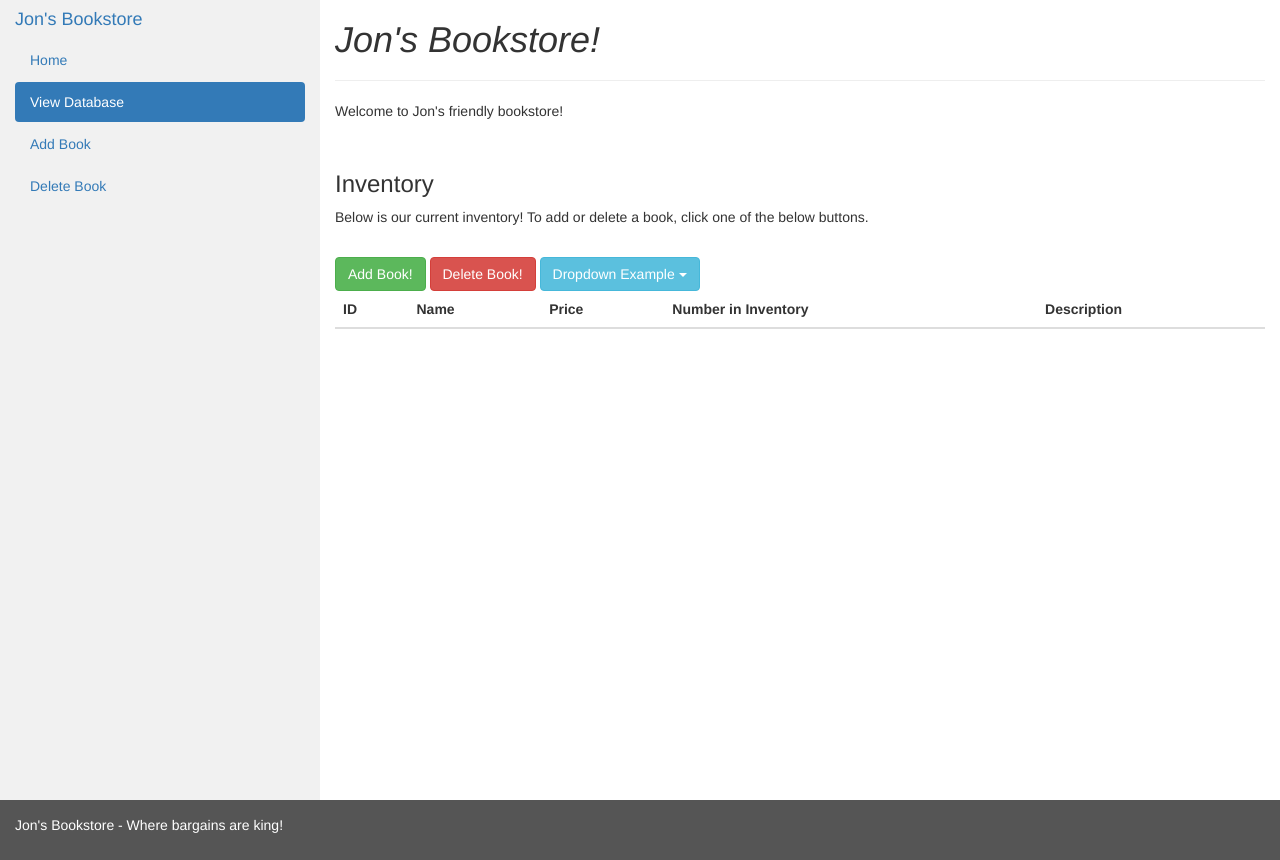
Repository: Inferno51/bookstoreproject
Page: http://localhost/bookstore/readfromdb.jsp
An editor plug-in stored every save of this project. The page is shown before and after the next save, followed by the edit.
The browser window is 1280 px wide. The pictures show the whole page.
The page is served by Tomcat 9. Queries for data that is not in the repository find no rows.

Above is the page before, as saved 2016-09-02 17:15:44.

After the next save:
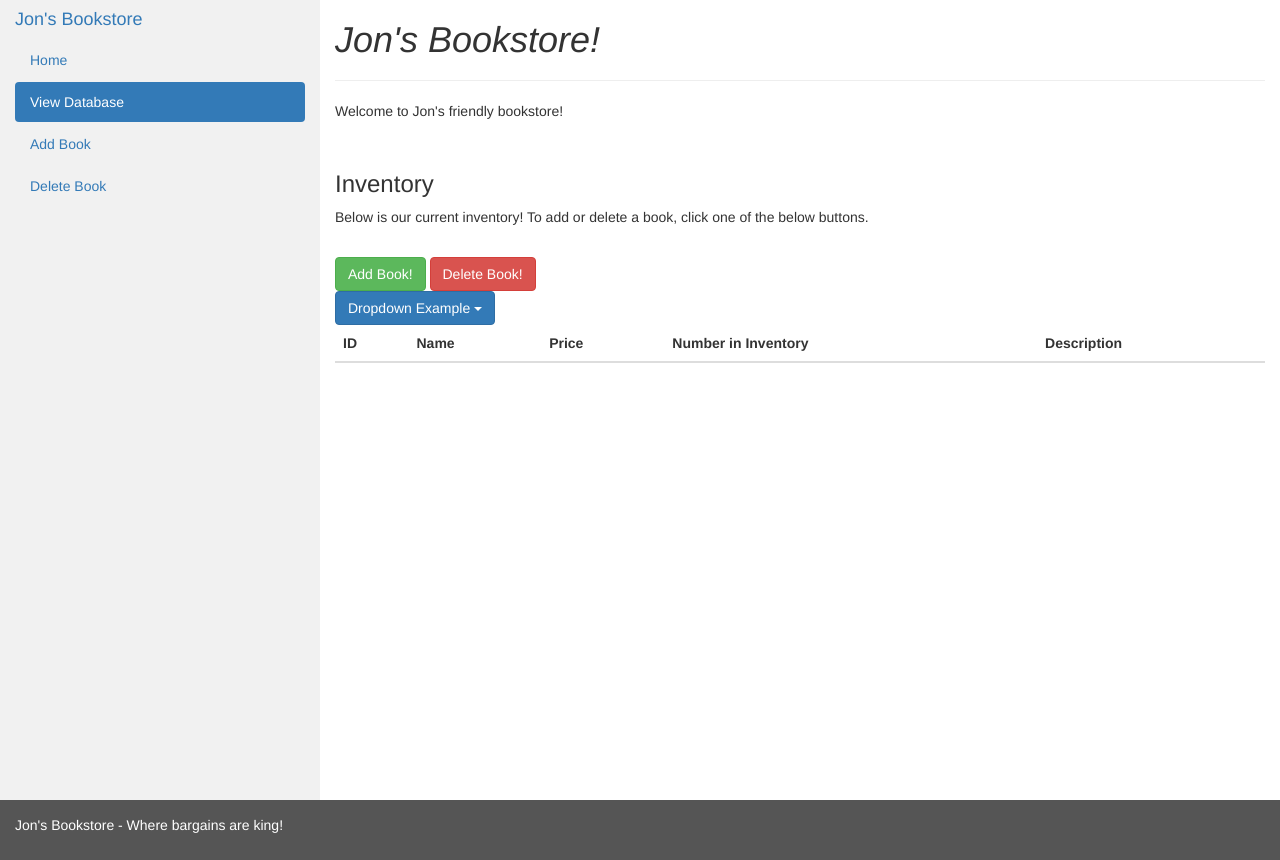
Saved 2 min 26 s later.
--- a/bookstore/src/main/webapp/readfromdb.jsp
+++ b/bookstore/src/main/webapp/readfromdb.jsp
@@ -46,12 +46,17 @@
 					<br>
 					<a href="addbook.html" class="btn btn-success" role="button">Add Book!</a>
 					<a href="deletebook.html" class="btn btn-danger" role="button">Delete Book!</a>
-					<button class="btn btn-info dropdown-toggle" type="button" data-toggle="dropdown">Dropdown Example <span class="caret"></span></button>
-						<ul class="dropdown-menu">
-							<li><a href="#">HTML</a></li>
-							<li><a href="#">CSS</a></li>
-							<li><a href="#">JavaScript</a></li>
-						</ul>
+
+					<div class="dropdown">
+					    <button class="btn btn-primary dropdown-toggle" type="button" data-toggle="dropdown">Dropdown Example
+					    <span class="caret"></span></button>
+					    <ul class="dropdown-menu">
+					      <li><a href="#">HTML</a></li>
+					      <li><a href="#">CSS</a></li>
+					      <li><a href="#">JavaScript</a></li>
+					    </ul>
+				  	</div>
+
 					<table class="table table-striped">
 						<thead>
 							<tr>
